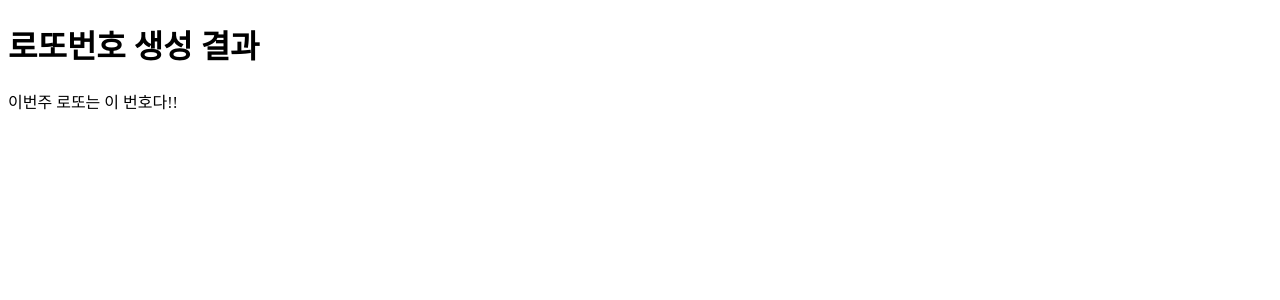
Repository: markahn02050/jsp_practice
Page: http://localhost/JSPBasic/JspTag/TagQ03.jsp
These files come from the project's save history. The page is drawn as it stood at one moment and after a run of saves; the edit follows.
The browser window is 1280 px wide. The pictures show the whole page.
The page is served by Tomcat 9.

Above is the page before, as saved 2022-02-03 01:13:56.

### JSPBasic/src/main/webapp/JspTag/TagQ03.jsp
<%@ page language="java" contentType="text/html; charset=UTF-8"
    pageEncoding="UTF-8"%>
<%@ page import = "java.util.ArrayList" %>
<!DOCTYPE html>
<html>
<head>
<meta charset="UTF-8">
<title>Insert title here</title>
</head>
<body>
	<%!
		ArrayList<Integer> lotto = new ArrayList<>();

		int bonusNum = 0;
	%>

	<h1>로또번호 생성 결과</h1>

	<p>이번주 로또는 이 번호다!!</p>

</body>
</html>

After the next 2 saves:
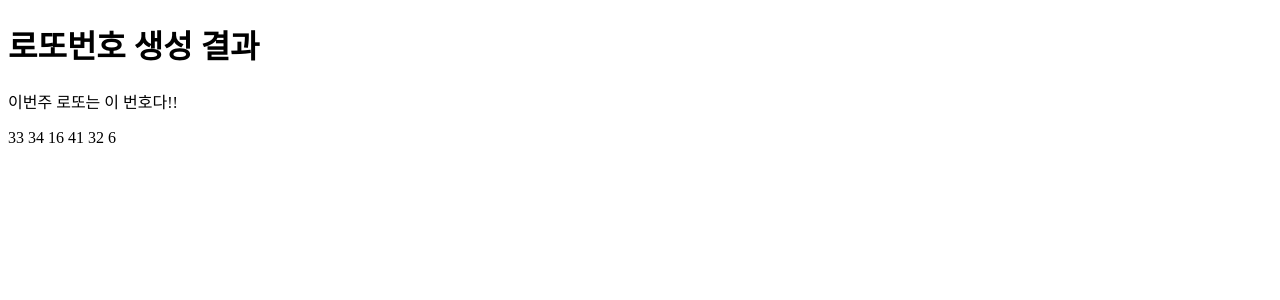
The 2 saves are shown as one change because 1 did not build or start.
The last was saved 8 min 17 s later.
--- a/JSPBasic/src/main/webapp/JspTag/TagQ03.jsp
+++ b/JSPBasic/src/main/webapp/JspTag/TagQ03.jsp
@@ -11,12 +11,38 @@
 	<%!
 		ArrayList<Integer> lotto = new ArrayList<>();
 
-		int bonusNum = 0;
 	%>
 
 	<h1>로또번호 생성 결과</h1>
 
 	<p>이번주 로또는 이 번호다!!</p>
 
+	<%
+		for(int i = 0; i < 6; i++){
+
+			int randNum = (int)(Math.random() * 45) + 1;
+
+			if(lotto.contains(randNum)) {
+
+				i -= 1;
+
+			}
+
+			else {
+
+				lotto.add(randNum);
+			}
+		}
+
+
+
+		for(Integer i : lotto){
+
+			out.println(i + " ");
+		}
+
+
+	%>
+
 </body>
 </html>
